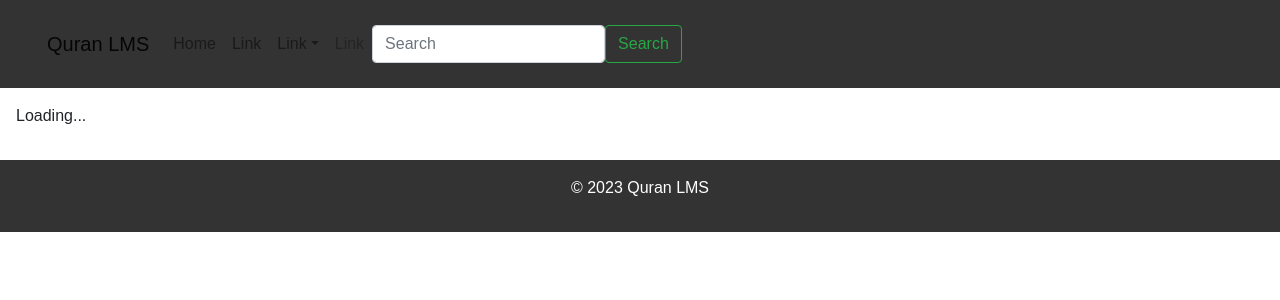
Repository: talha-mahmood/Quran-Lms-react
Page: /
An editor plug-in stored every save of this project. The page is shown before and after the next save, followed by the edit.
The browser window is 1280 px wide. The pictures show the whole page.
The page's requests for data from a server got no answer. The project was rebuilt for these pictures with package versions that can differ from the ones it lists, and the page was loaded fresh each time. No one was signed in, and anything a server would have sent is missing.

Above is the page before, as saved 2023-03-08 01:12:24.

### public/index.html
<!DOCTYPE html>
<html lang="en">
  <head>
    <meta charset="utf-8" />
    <link rel="icon" href="%PUBLIC_URL%/favicon.ico" />
    <meta name="viewport" content="width=device-width, initial-scale=1" />
    <meta name="theme-color" content="#000000" />
    <meta
      name="description"
      content="Web site created using create-react-app"
    />

    <link rel="apple-touch-icon" href="%PUBLIC_URL%/logo192.png" />
    <link rel="stylesheet" href="https://cdn.jsdelivr.net/npm/bootstrap@4.4.1/dist/css/bootstrap.min.css" integrity="sha384-Vkoo8x4CGsO3+Hhxv8T/Q5PaXtkKtu6ug5TOeNV6gBiFeWPGFN9MuhOf23Q9Ifjh" crossorigin="anonymous">
    <script src="https://code.jquery.com/jquery-3.4.1.slim.min.js" integrity="sha384-J6qa4849blE2+poT4WnyKhv5vZF5SrPo0iEjwBvKU7imGFAV0wwj1yYfoRSJoZ+n" crossorigin="anonymous"></script>
   <script src="https://cdn.jsdelivr.net/npm/popper.js@1.16.0/dist/umd/popper.min.js" integrity="sha384-Q6E9RHvbIyZFJoft+2mJbHaEWldlvI9IOYy5n3zV9zzTtmI3UksdQRVvoxMfooAo" crossorigin="anonymous"></script>
   <script src="https://cdn.jsdelivr.net/npm/bootstrap@4.4.1/dist/js/bootstrap.min.js" integrity="sha384-wfSDF2E50Y2D1uUdj0O3uMBJnjuUD4Ih7YwaYd1iqfktj0Uod8GCExl3Og8ifwB6" crossorigin="anonymous"></script>
    <!--
      manifest.json provides metadata used when your web app is installed on a
      user's mobile device or desktop. See https://developers.google.com/web/fundamentals/web-app-manifest/
    -->
    <link rel="manifest" href="%PUBLIC_URL%/manifest.json" />
    <!--
      Notice the use of %PUBLIC_URL% in the tags above.
      It will be replaced with the URL of the `public` folder during the build.
      Only files inside the `public` folder can be referenced from the HTML.

      Unlike "/favicon.ico" or "favicon.ico", "%PUBLIC_URL%/favicon.ico" will
      work correctly both with client-side routing and a non-root public URL.
      Learn how to configure a non-root public URL by running `npm run build`.
    -->
    <title>React App</title>
  </head>
  <body>
    <noscript>You need to enable JavaScript to run this app.</noscript>
    <div id="root"></div>

    <!--
      This HTML file is a template.
      If you open it directly in the browser, you will see an empty page.

      You can add webfonts, meta tags, or analytics to this file.
      The build step will place the bundled scripts into the <body> tag.

      To begin the development, run `npm start` or `yarn start`.
      To create a production bundle, use `npm run build` or `yarn build`.
    -->
  </body>
</html>

### src/App.js
import './App.css';
import React,{Component} from 'react';
import Button from 'react-bootstrap/Button';
import Container from 'react-bootstrap/Container';
import Form from 'react-bootstrap/Form';
import Nav from 'react-bootstrap/Nav';
import Navbar from 'react-bootstrap/Navbar';
import NavDropdown from 'react-bootstrap/NavDropdown';
class QuranLMS extends Component {
  state = {
    verses: [],
    isLoading: true
  };

  async componentDidMount() {
    const response = await fetch("https://api.quran.com/api/v4/quran/verses/uthmani?chapter_number=1");
    const data = await response.json();
    this.setState({
      verses: data.verses,
      isLoading: false
    });
  }

  render() {
    const { verses, isLoading } = this.state;
    return (
      <div>


          <div>
          <header>
          <Navbar bg="" expand="lg">
      <Container fluid>
        <Navbar.Brand href="#">Quran LMS</Navbar.Brand>
        <Navbar.Toggle aria-controls="navbarScroll" />
        <Navbar.Collapse id="navbarScroll">
          <Nav
            className="me-auto my-2 my-lg-0"
            style={{ maxHeight: '100px' }}
            navbarScroll
          >
            <Nav.Link href="#action1">Home</Nav.Link>
            <Nav.Link href="#action2">Link</Nav.Link>
            <NavDropdown title="Link" id="navbarScrollingDropdown">
              <NavDropdown.Item href="#action3">Action</NavDropdown.Item>
              <NavDropdown.Item href="#action4">
                Another action
              </NavDropdown.Item>
              <NavDropdown.Divider />
              <NavDropdown.Item href="#action5">
                Something else here
              </NavDropdown.Item>
            </NavDropdown>
            <Nav.Link href="#" disabled>
              Link
            </Nav.Link>
          </Nav>
          <Form className="d-flex">
            <Form.Control
              type="search"
              placeholder="Search"
              className="me-2"
              aria-label="Search"
            />
            <Button variant="outline-success">Search</Button>
          </Form>
        </Navbar.Collapse>
      </Container>
    </Navbar>
    </header>
          </div>



        <main>
          {isLoading ? (
            <p>Loading...</p>
          ) : (
            verses.map((verse) => (
              <p key={verse.id}>{verse.text_uthmani}</p>
            ))
          )}
        </main>
        <footer>
          <p>&copy; 2023 Quran LMS</p>
        </footer>
      </div>
    );
  }
}

export default QuranLMS;

### src/App.css
body {
  font-family: Arial, sans-serif;
  margin: 0;
}

header {
  background-color: #333;
  color: #fff;
  padding: 1em;
}

header h1 {
  margin: 0;
}

main {
  padding: 1em;
}

footer {
  background-color: #333;
  color: #fff;
  padding: 1em;
  text-align: center;
}

Loaded but not shown: src/index.js (common file); src/index.css (common file); src/reportWebVitals.js (common file)

After the next save:
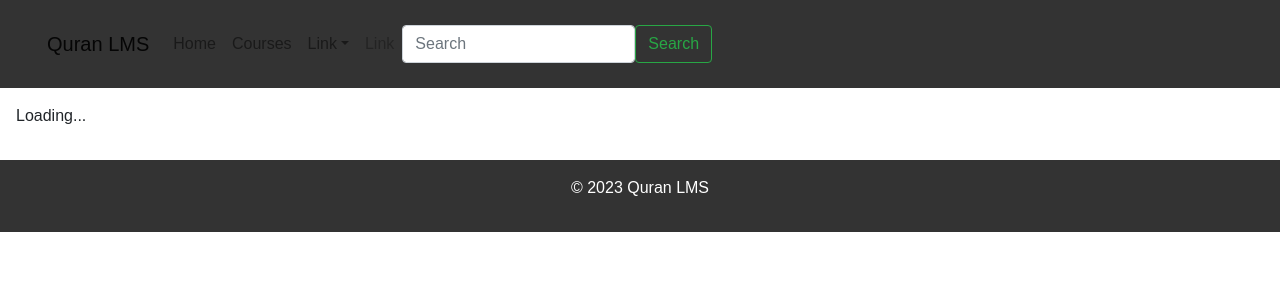
Saved 19 s later.
--- a/src/App.js
+++ b/src/App.js
@@ -40,7 +40,7 @@ class QuranLMS extends Component {
             navbarScroll
           >
             <Nav.Link href="#action1">Home</Nav.Link>
-            <Nav.Link href="#action2">Link</Nav.Link>
+            <Nav.Link href="#action2">Courses</Nav.Link>
             <NavDropdown title="Link" id="navbarScrollingDropdown">
               <NavDropdown.Item href="#action3">Action</NavDropdown.Item>
               <NavDropdown.Item href="#action4">
